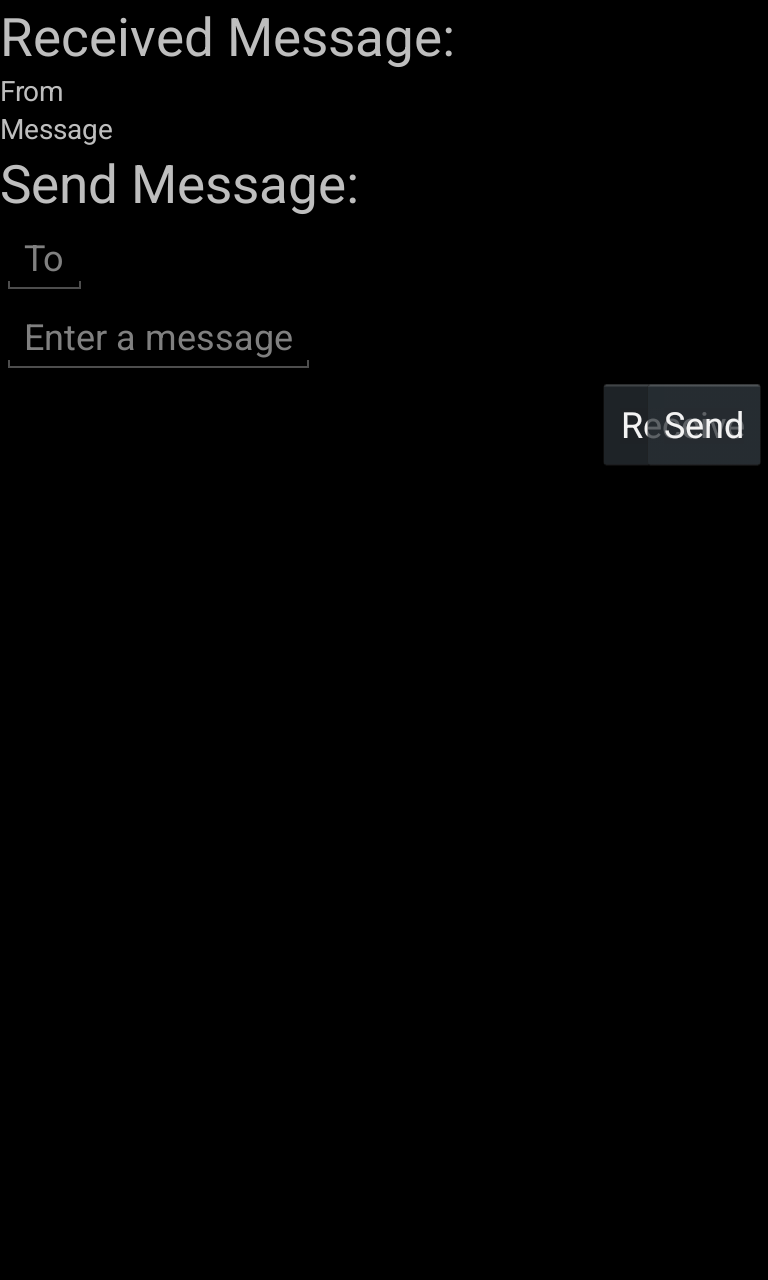
Repository: tomcynicholls/ThirdYearProject
Layout: JavaCode/App/res/layout/main.xml
These files come from the project's save history. The layout is drawn as it stood at one moment and after the next save; the edit follows.
It is drawn on a 768 x 1280 px phone screen (xhdpi) without system bars, with theme android:Theme.Holo; the app's code is not run.

Above is the layout before, as saved 2013-01-28 22:11:42.

### JavaCode/App/res/layout/main.xml
<?xml version="1.0" encoding="utf-8"?>
<LinearLayout xmlns:android="http://schemas.android.com/apk/res/android"
    xmlns:tools="http://schemas.android.com/tools"
    android:layout_width="match_parent"
    android:layout_height="match_parent"
    android:orientation="vertical" >

    <TextView
        android:id="@+id/textview_title"
        android:layout_width="wrap_content"
        android:layout_height="wrap_content"
        android:textSize="12pt"
        android:text="@string/receive_title" />

    <TextView
        android:id="@+id/textview_from"
        android:layout_width="wrap_content"
        android:layout_height="wrap_content"
        android:text="@string/from" />

     <TextView
        android:id="@+id/textview_message"
        android:layout_width="wrap_content"
        android:layout_height="wrap_content"
        android:text="@string/message" />

     <TextView
        android:id="@+id/textview_sendtitle"
        android:layout_width="wrap_content"
        android:layout_height="wrap_content"
        android:textSize="12pt"
        android:text="@string/send_title" />

      <EditText android:id="@+id/edit_receiver"
        android:layout_height="wrap_content"
        android:layout_width="wrap_content"
        android:hint="@string/edit_receiver" />


    <EditText android:id="@+id/edit_message"
        android:layout_height="wrap_content"
        android:layout_width="wrap_content"
        android:hint="@string/edit_message" />

    <RelativeLayout
            android:id="@+id/innerrel"
            android:layout_width="match_parent"
            android:layout_height="wrap_content"
            android:orientation="horizontal" >
    <Button
        android:layout_width="wrap_content"
        android:layout_height="wrap_content"
        android:text="@string/button_receive"
        android:onClick="receiveMessage"
        android:layout_alignParentRight="true" />

    <Button
        android:layout_width="wrap_content"
        android:layout_height="wrap_content"
        android:text="@string/button_send"
        android:onClick="sendMessage"
        android:layout_alignParentRight="true" />

    </RelativeLayout>
</LinearLayout>

### JavaCode/App/res/values/strings.xml
<?xml version="1.0" encoding="utf-8"?>
<resources>

    <string name="app_name">TYP App</string>
    <string name="edit_message">Enter a message</string>
    <string name="edit_receiver">To</string>
    <string name="button_send">Send</string>
    <string name="button_receive">Receive</string>
    <string name="receive_title">Received Message:</string>
    <string name="send_title">Send Message:</string>
    <string name="menu_settings">Settings</string>
    <string name="title_activity_main">MainActivity</string>
    <string name="title_activity_display_message">Message</string>
    <string name="hello_world">Hello world!</string>
    <string name="holder">Text Holder</string>
    <string name="title_activity_view_xml_writer">View Xm lWriter</string>
    <string name="from">From</string>
    <string name="message">Message</string>

</resources>

After the next save:
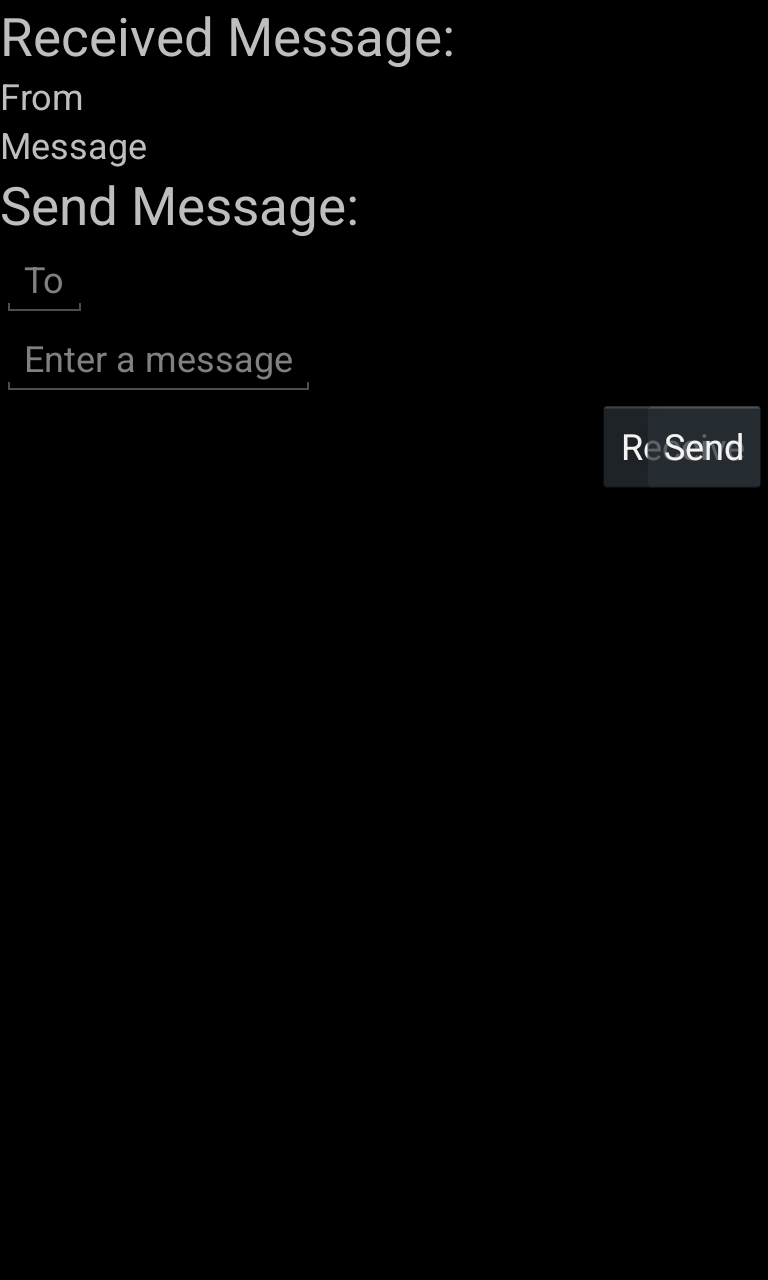
Saved 26 s later.
--- a/JavaCode/App/res/layout/main.xml
+++ b/JavaCode/App/res/layout/main.xml
@@ -16,12 +16,14 @@
         android:id="@+id/textview_from"
         android:layout_width="wrap_content"
         android:layout_height="wrap_content"
+        android:textSize="8pt"
         android:text="@string/from" />
 
      <TextView
         android:id="@+id/textview_message"
         android:layout_width="wrap_content"
         android:layout_height="wrap_content"
+        android:textSize="8pt"
         android:text="@string/message" />
 
      <TextView
